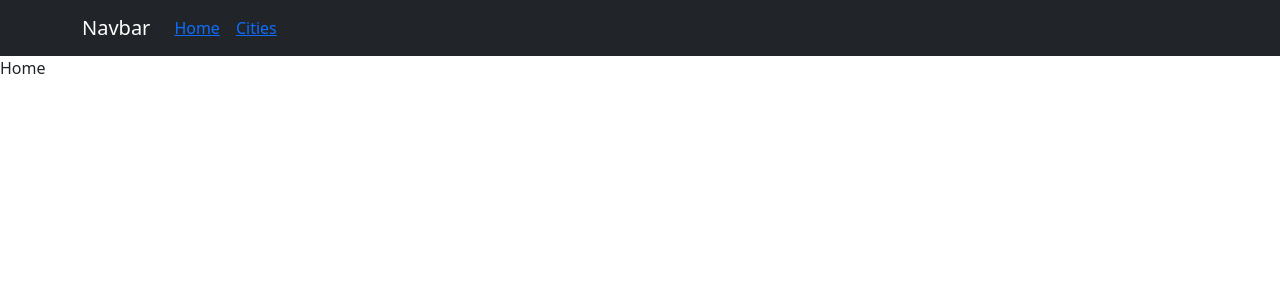
Repository: ht0201/pwa-app
Page: /
These files come from the project's save history. The page is drawn as it stood at one moment and after a run of saves; the edit follows.
The browser window is 1280 px wide. The pictures show the whole page.
The project was rebuilt for these pictures with package versions that can differ from the ones it lists, and the page was loaded fresh each time. Also part of the build but not shown: src/App.css, src/components/Cities.js. Imported but missing from the stored project, and not drawn on this page: src/components/Home.

Above is the page before, as saved 2021-09-08 11:44:22.

After the next 2 saves:
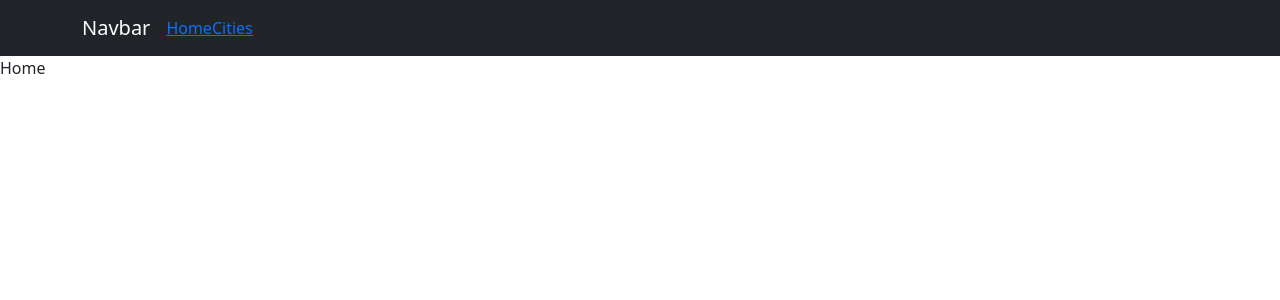
The 2 saves are shown as one change because 1 did not build or start.
The last was saved 59 s later.
--- a/src/App.js
+++ b/src/App.js
@@ -2,7 +2,7 @@ import { Container, Nav, Navbar } from 'react-bootstrap';
 import './App.css';
 import Home from "./components/Home";
 import Cities from "./components/Cities";
-import { Link, Route, BrowserRouter as Router, Switch } from 'react-router-dom';
+import { Link, Route, BrowserRouter as Router, Switch, NavLink } from 'react-router-dom';
 
 
 function App()
@@ -14,8 +14,8 @@ function App()
         <Container>
           <Navbar.Brand href="#home">Navbar</Navbar.Brand>
           <Nav className="me-auto">
-            <Nav.Link ><Link > Home</Link></Nav.Link>
-            <Nav.Link ><Link> Cities</Link></Nav.Link>
+            <NavLink to='/' ><Link > Home</Link></NavLink >
+            <NavLink to='/cities' ><Link> Cities</Link></NavLink >
           </Nav>
         </Container>
       </Navbar>
